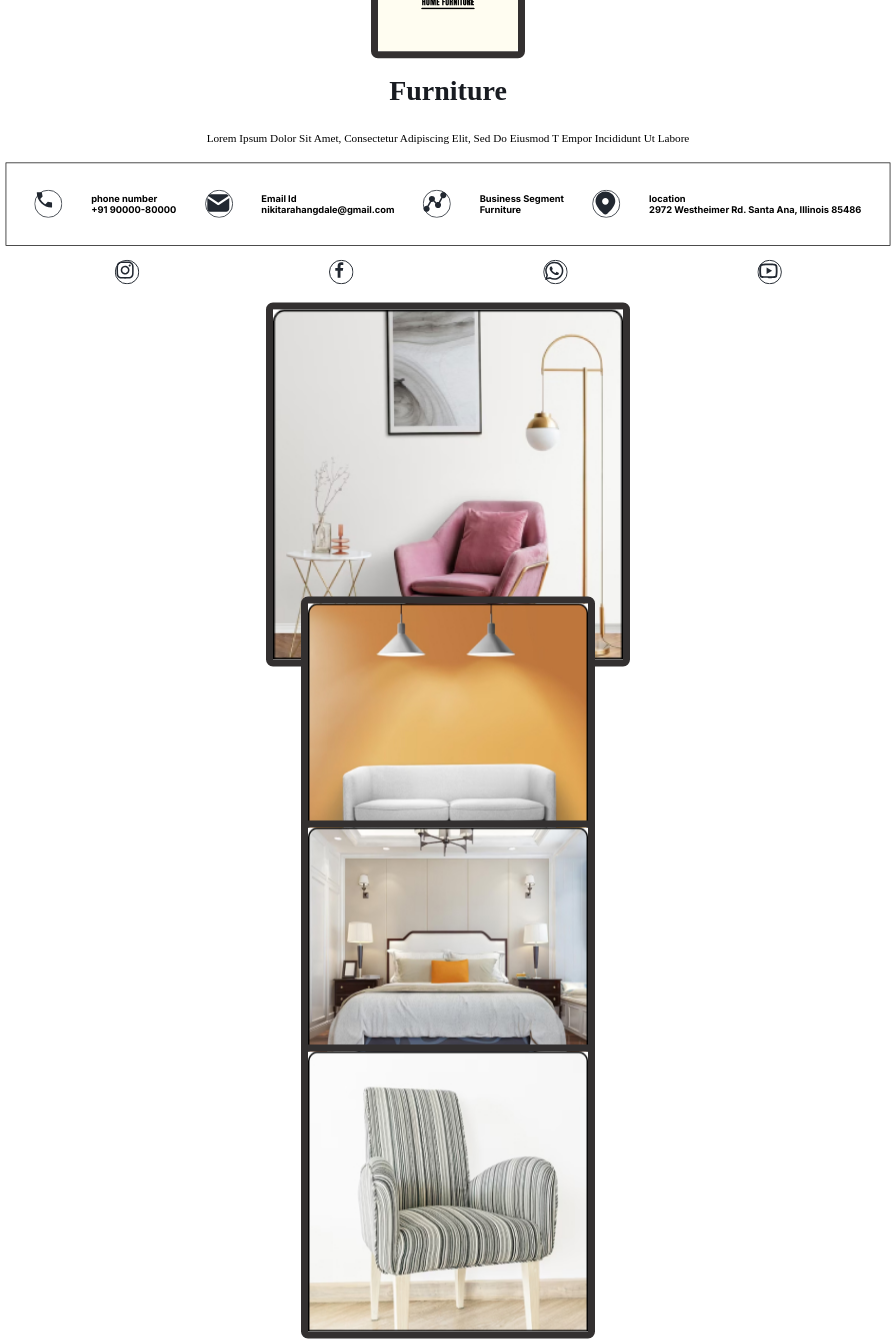
Repository: nikita120402/next13-deploy
Page: /
These files come from the project's save history. The page is drawn as it stood at one moment and after the next save; the edit follows.
The browser window is 1280 px wide. The pictures show the part of the page from y = 663 to 2583 px (the page is 2583 px tall before and 2111 px after), at 70% of full size.
The project was rebuilt for these pictures with package versions that can differ from the ones it lists, and the page was loaded fresh each time. The framework's server and built-in components were replaced by stand-ins that run in the browser. Also part of the build but not shown: next.config.js.

Above is the page before, as saved 2023-08-02 18:25:35.

After the next save:
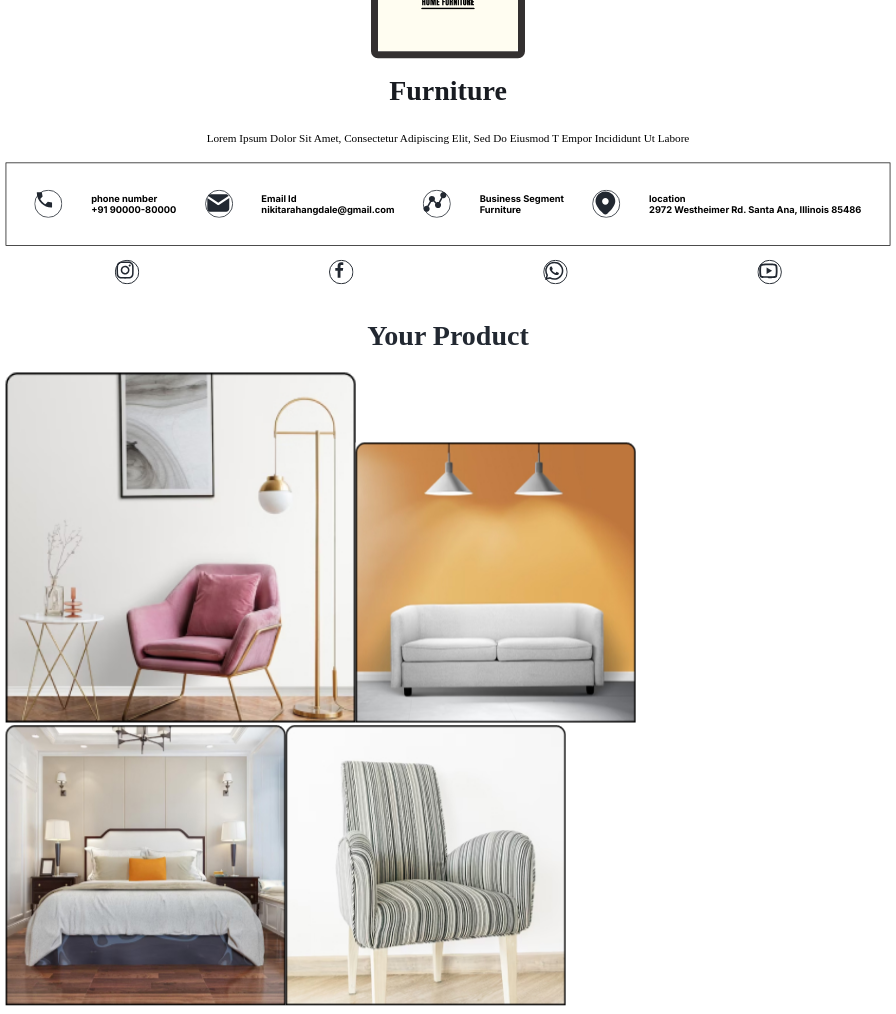
Saved 2 min 20 s later.
--- a/src/app/page.tsx
+++ b/src/app/page.tsx
@@ -87,28 +87,24 @@ export default function Page() {
 <div>
       <h2 className={styles.heading}>Your Product</h2>
       <Image
-          className={styles.icon}
           src="/../public/image/Chair.jpg"
           alt="Picture"
           width={500}
           height={500}
           />
           <Image
-          className={styles.icon}
           src="/../public/image/Sofa.jpg"
           alt="Picture"
           width={400}
           height={400}
           />
           <Image
-          className={styles.icon}
           src="/../public/image/Bed.jpg"
           alt="Picture"
           width={400}
           height={400}
           />
           <Image
-          className={styles.icon}
           src="/../public/image/Chair1.jpg"
           alt="Picture"
           width={400}
